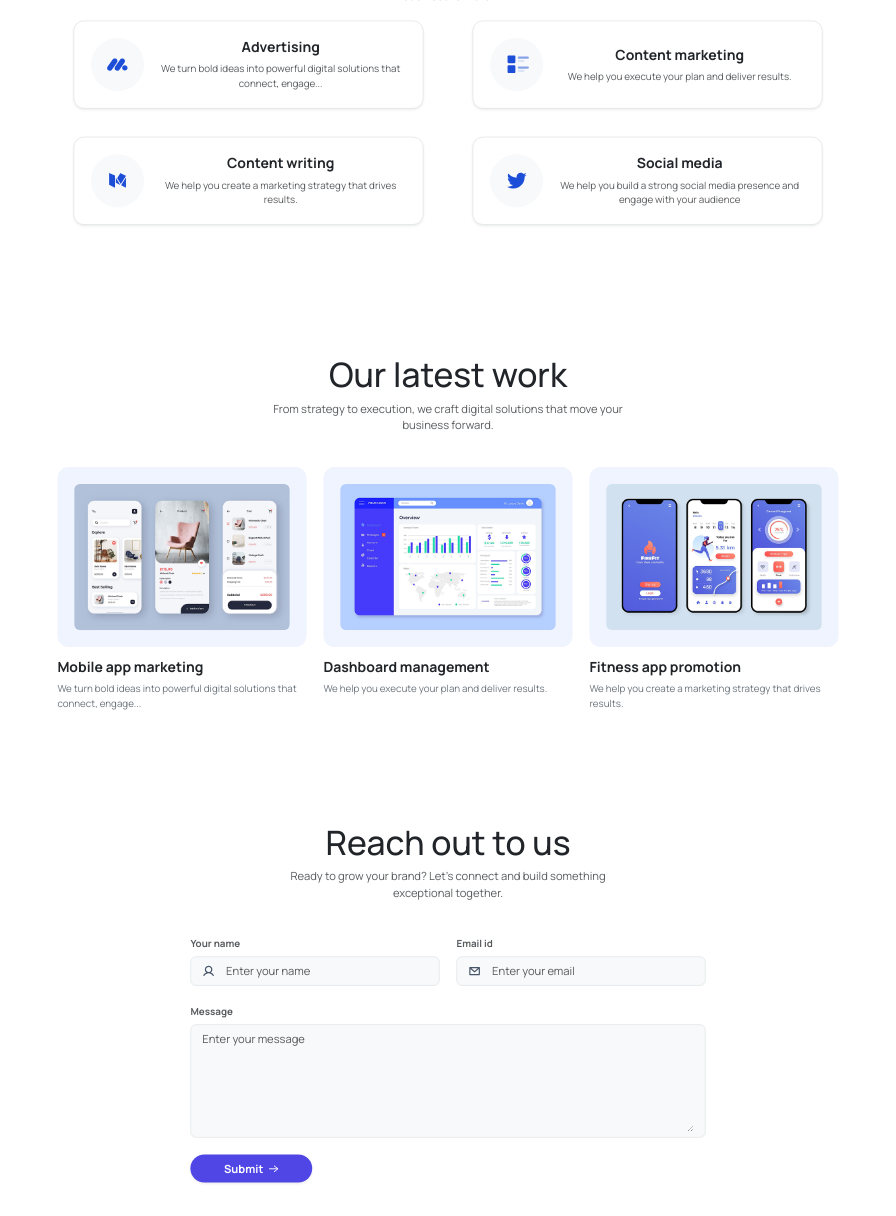
Repository: RAMADAN975/modern-agency-portfolio
Page: /
These files come from the project's save history. The page is drawn as it stood at one moment and after the next save; the edit follows.
The browser window is 1280 px wide. The pictures show the part of the page from y = 1456 to 3376 px (the page is 3193 px tall before and 3376 px after), at 70% of full size.
The project was rebuilt for these pictures with package versions that can differ from the ones it lists, and the page was loaded fresh each time. Also part of the build but not shown: vite.config.js.

Above is the page before, as saved 2026-03-24 01:19:47.

After the next save:
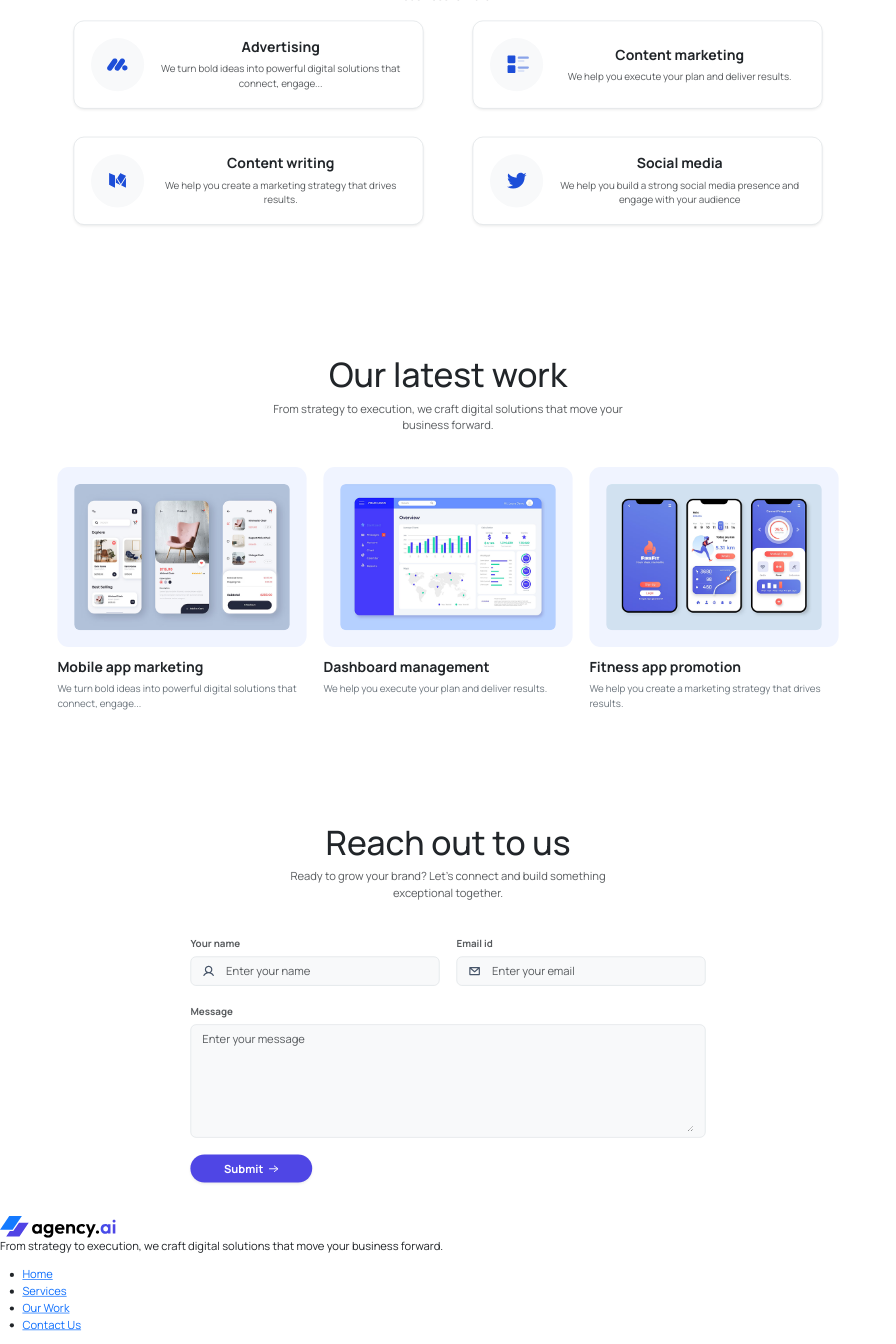
Saved 15 s later.
--- a/src/App.jsx
+++ b/src/App.jsx
@@ -3,9 +3,10 @@
 import Hero from './Components/Hero'
 import TrustedBy from './Components/TrustedBy'
 import Services from './Components/Services'
-import OutWork from './Components/OutWork'
+import OutWork from './Components/OurWork'
 import ContactUs from './Components/ContactUs'
 import { Toaster } from 'react-hot-toast'
+import Footer from './Components/Footer'
 
 const App = () => {
 
@@ -20,6 +21,7 @@
       <Services />
       <OutWork />
       <ContactUs />
+      <Footer />
     </div>
   )
 }
